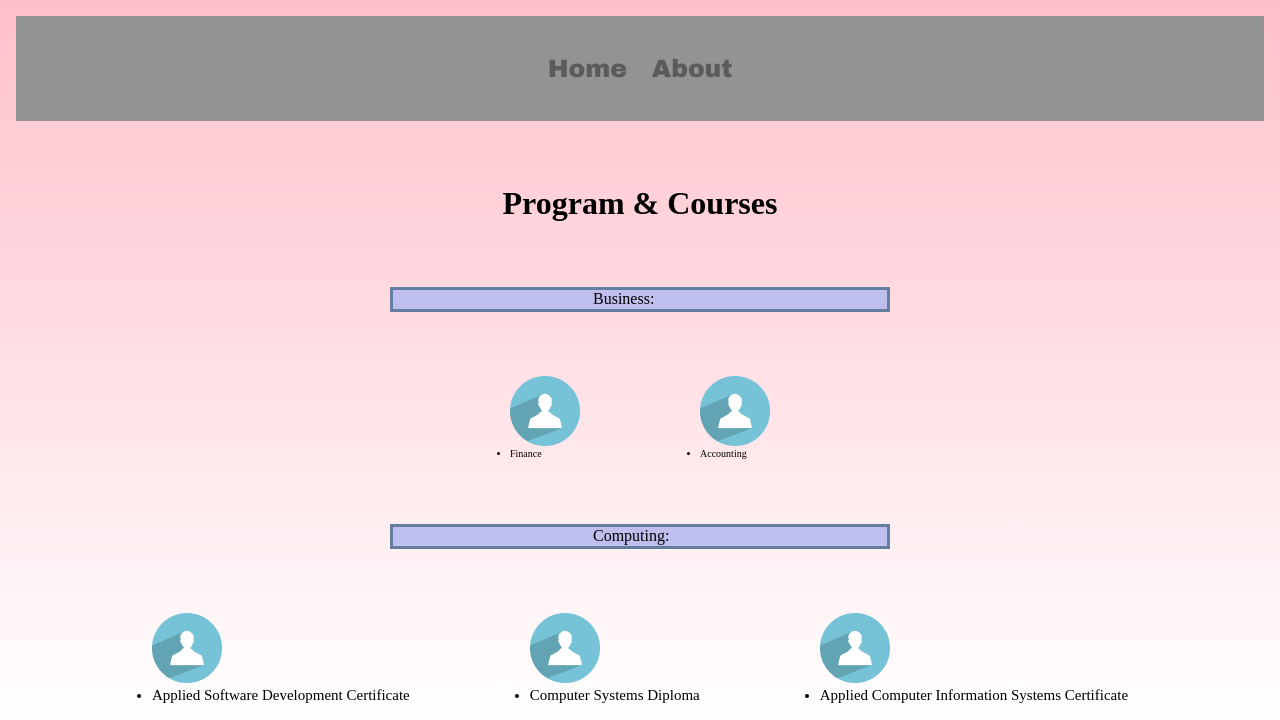
Repository: anoncoderin/madhu-assignment3
Page: /
An editor plug-in stored every save of this project. The page is shown before and after the next save, followed by the edit.
The browser window is 1280 px wide. The pictures show the whole page.
The pointer rests on the first visible `p`.
The project was rebuilt for these pictures with package versions that can differ from the ones it lists, and the page was loaded fresh each time. The framework's server and built-in components were replaced by stand-ins that run in the browser. Also part of the build but not shown: next.config.js, components/Card/Card.module.css.

Above is the page before, as saved 2023-01-22 22:52:20.

### pages/index.js
import Head from 'next/head'
import Image from 'next/image'
import { Inter } from '@next/font/google'
import styles from '@/styles/Home.module.css'
import { useState } from 'react'
import data from '../data/education.json'
import Link from 'next/link'
import Card from '../components/Card'
import style from '../components/Card/Card.module.css'

export default function Home() {
  console.log(data);
  const [information, setInformation] = useState([...data])
  return (
    <>
      <Head>

      </Head>
      <main className={styles.main}>
        <div className={styles.nav}>
        <p> Home &nbsp;&nbsp;
          <Link href="about"><b>About</b></Link>
        </p>
        </div>
        <h1>Program & Courses</h1>
      <div className={styles.heading}>Business:</div>
      <div className={styles.row}>
      {
        information && information.map((info, index)=>{
          if(info.department === "Business"){
            return(
              <Card key={index} degree={info.degree}></Card>
            )
          }
        })
      }
      </div>
      <div className={styles.heading}>Computing:</div>
      <div className={styles.row}>
      {
        information && information.map((info, index)=>{
          if(info.department === "Computing"){
            return(

              <Card key={index} degree={info.degree} font={15}></Card>
            )
          }
        })
      }
      </div>
      </main>
    </>
  )
}

### styles/globals.css
:root {
  --max-width: 1100px;
  --border-radius: 12px;
  --font-mono: ui-monospace, Menlo, Monaco, 'Cascadia Mono', 'Segoe UI Mono',
    'Roboto Mono', 'Oxygen Mono', 'Ubuntu Monospace', 'Source Code Pro',
    'Fira Mono', 'Droid Sans Mono', 'Courier New', monospace;

  --foreground-rgb: 0, 0, 0;
  --background-start-rgb: 255, 192, 203;
  --background-end-rgb: 255, 255, 255;

  --primary-glow: conic-gradient(
    from 180deg at 50% 50%,
    hsla(78, 61%, 87%, 0.2) 0deg,
    #0885ff33 55deg,
    #54d6ff33 120deg,
    #0071ff33 160deg,
    transparent 360deg
  );
  --secondary-glow: radial-gradient(
    rgba(255, 255, 255, 1),
    rgba(255, 255, 255, 0)
  );

  --tile-start-rgb: 239, 245, 249;
  --tile-end-rgb: 228, 232, 233;
  --tile-border: conic-gradient(
    #00000080,
    #00000040,
    #00000030,
    #00000020,
    #00000010,
    #00000010,
    #00000080
  );

  --callout-rgb: 238, 240, 241;
  --callout-border-rgb: 172, 175, 176;
  --card-rgb: 180, 185, 188;
  --card-border-rgb: 131, 134, 135;
}

@media (prefers-color-scheme: dark) {
  :root {
    --foreground-rgb: 255, 255, 255;
    --background-start-rgb: 0, 0, 0;
    --background-end-rgb: 0, 0, 0;

    --primary-glow: radial-gradient(rgba(1, 65, 255, 0.4), rgba(1, 65, 255, 0));
    --secondary-glow: linear-gradient(
      to bottom right,
      rgba(1, 65, 255, 0),
      rgba(1, 65, 255, 0),
      rgba(1, 65, 255, 0.3)
    );

    --tile-start-rgb: 2, 13, 46;
    --tile-end-rgb: 2, 5, 19;
    --tile-border: conic-gradient(
      #ffffff80,
      #ffffff40,
      #ffffff30,
      #ffffff20,
      #ffffff10,
      #ffffff10,
      #ffffff80
    );

    --callout-rgb: 20, 20, 20;
    --callout-border-rgb: 108, 108, 108;
    --card-rgb: 100, 100, 100;
    --card-border-rgb: 200, 200, 200;
  }
}

* {
  box-sizing: border-box;
  padding: 0;
  margin: 0;
}

html,
body {
  max-width: 100vw;
  overflow-x: hidden;
}

body {
  color: rgb(var(--foreground-rgb));
  background: linear-gradient(
      to bottom,
      transparent,
      rgb(var(--background-end-rgb))
    )
    rgb(var(--background-start-rgb));
}

a {
  color: inherit;
  text-decoration: none;
}

@media (prefers-color-scheme: dark) {
  html {
    color-scheme: dark;
  }
}

### styles/Home.module.css
.main {
  display: flex;
  flex-direction: column;
  justify-content: space-between;
  align-items: center;
  padding: 1rem;
  min-height: 100vh;
}
.row{
  display: flex;
  flex-direction: row;
  justify-content:space-evenly;
  gap: 120px;

}
.nav{
  display: flex;
  flex-direction: column;
  justify-content: space-between;
  align-items: center;
      padding: 39px;
  background-color: rgb(147, 147, 147);
  color: rgb(42, 4, 129);

  font-size: 25px;
  margin: 45;
  font-family: arial black;
  width: 100%;
}
p:hover{
  color: rgb(92, 91, 91);
}

.heading{
  padding-left: 200px;
  height: 25px;
  width: 500px;
  background-color: #bebeef;
  border-style:solid;
  border-color:#657d9f;
}

.degree{
  display: flex;
  flex-direction: column;

  gap: 5px;
}

.description {
  display: inherit;
  justify-content: inherit;
  align-items: inherit;
  font-size: 0.85rem;
  max-width: var(--max-width);
  width: 100%;
  z-index: 2;
  font-family: var(--font-mono);
}

.description a {
  display: flex;
  justify-content: center;
  align-items: center;
  gap: 0.5rem;
}

.description p {
  position: relative;
  margin: 0;
  padding: 1rem;
  background-color: rgba(var(--callout-rgb), 0.5);
  border: 1px solid rgba(var(--callout-border-rgb), 0.3);
  border-radius: var(--border-radius);
}

.code {
  font-weight: 700;
  font-family: var(--font-mono);
}

.grid {
  display: grid;
  grid-template-columns: repeat(4, minmax(25%, auto));
  width: var(--max-width);
  max-width: 100%;
}

.card {
  padding: 1rem 1.2rem;
  border-radius: var(--border-radius);
  background: rgba(var(--card-rgb), 0);
  border: 1px solid rgba(var(--card-border-rgb), 0);
  transition: background 200ms, border 200ms;
}

.card span {
  display: inline-block;
  transition: transform 200ms;
}

.card h2 {
  font-weight: 600;
  margin-bottom: 0.7rem;
}

.card p {
  margin: 0;
  opacity: 0.6;
  font-size: 0.9rem;
  line-height: 1.5;
  max-width: 30ch;
}

.center {
  display: flex;
  justify-content: center;
  align-items: center;
  position: relative;
  padding: 4rem 0;
}

.center::before {
  background: var(--secondary-glow);
  border-radius: 50%;
  width: 480px;
  height: 360px;
  margin-left: -400px;
}

.center::after {
  background: var(--primary-glow);
  width: 240px;
  height: 180px;
  z-index: -1;
}

.center::before,
.center::after {
  content: '';
  left: 50%;
  position: absolute;
  filter: blur(45px);
  transform: translateZ(0);
}

.logo,
.thirteen {
  position: relative;
}

.thirteen {
  display: flex;
  justify-content: center;
  align-items: center;
  width: 75px;
  height: 75px;
  padding: 25px 10px;
  margin-left: 16px;
  transform: translateZ(0);
  border-radius: var(--border-radius);
  overflow: hidden;
  box-shadow: 0px 2px 8px -1px #0000001a;
}

.thirteen::before,
.thirteen::after {
  content: '';
  position: absolute;
  z-index: -1;
}

/* Conic Gradient Animation */
.thirteen::before {
  animation: 6s rotate linear infinite;
  width: 200%;
  height: 200%;
  background: var(--tile-border);
}

/* Inner Square */
.thirteen::after {
  inset: 0;
  padding: 1px;
  border-radius: var(--border-radius);
  background: linear-gradient(
    to bottom right,
    rgba(var(--tile-start-rgb), 1),
    rgba(var(--tile-end-rgb), 1)
  );
  background-clip: content-box;
}

/* Enable hover only on non-touch devices */
@media (hover: hover) and (pointer: fine) {
  .card:hover {
    background: rgba(var(--card-rgb), 0.1);
    border: 1px solid rgba(var(--card-border-rgb), 0.15);
  }

  .card:hover span {
    transform: translateX(4px);
  }
}

@media (prefers-reduced-motion) {
  .thirteen::before {
    animation: none;
  }

  .card:hover span {
    transform: none;
  }
}

/* Mobile */
@media (max-width: 700px) {
  .content {
    padding: 4rem;
  }

  .grid {
    grid-template-columns: 1fr;
    margin-bottom: 120px;
    max-width: 320px;
    text-align: center;
  }

  .card {
    padding: 1rem 2.5rem;
  }

  .card h2 {
    margin-bottom: 0.5rem;
  }

  .center {
    padding: 8rem 0 6rem;
  }

  .center::before {
    transform: none;
    height: 300px;
  }

  .description {
    font-size: 0.8rem;
  }

  .description a {
    padding: 1rem;
  }

  .description p,
  .description div {
    display: flex;
    justify-content: center;
    position: fixed;
    width: 100%;
  }

  .description p {
    align-items: center;
    inset: 0 0 auto;
    padding: 2rem 1rem 1.4rem;
    border-radius: 0;
    border: none;
    border-bottom: 1px solid rgba(var(--callout-border-rgb), 0.25);
    background: linear-gradient(
      to bottom,
      rgba(var(--background-start-rgb), 1),
      rgba(var(--callout-rgb), 0.5)
    );
    background-clip: padding-box;
    backdrop-filter: blur(24px);
  }

  .description div {
    align-items: flex-end;
    pointer-events: none;
    inset: auto 0 0;
    padding: 2rem;
    height: 200px;
    background: linear-gradient(
      to bottom,
      transparent 0%,
      rgb(var(--background-end-rgb)) 40%
    );
    z-index: 1;
  }
}

/* Tablet and Smaller Desktop */
@media (min-width: 701px) and (max-width: 1120px) {
  .grid {
    grid-template-columns: repeat(2, 50%);
  }
}

@media (prefers-color-scheme: dark) {
  .vercelLogo {
    filter: invert(1);
  }

  .logo,
  .thirteen img {
    filter: invert(1) drop-shadow(0 0 0.3rem #ffffff70);
  }
}

@keyframes rotate {
  from {
    transform: rotate(360deg);
  }
  to {
    transform: rotate(0deg);
  }
}

### data/education.json
[
        {
            "studentNumber": "A0004567",
            "firstName": "Person 1",
            "gpa": 3.8,
            "department": "Business",
            "degree": "Finance",
            "graduted": 2014
        },
        {
            "studentNumber": "A0001234",
            "firstName": "Person 2",
            "gpa": 3.5,
            "department": "Business",
            "degree": "Accounting",
            "graduted": 2010
        },
        {
            "studentNumber": "A0007890",
            "firstName": "Person 3",
            "gpa": 3.2,
            "department": "Computing",
            "degree": "Applied Software Development Certificate",
            "graduted": 2018
        },
        {
            "studentNumber": "A0007828",
            "firstName": "Person 4",
            "gpa": 3.9,
            "department": "Computing",
            "degree": "Computer Systems Diploma",
            "graduted": 2021
        },
        {
            "studentNumber": "A0003425",
            "firstName": "Person 5",
            "gpa": 3.2,
            "department": "Computing",
            "degree": "Applied Computer Information Systems Certificate",
            "graduted": 2021
        }

]

### components/Card/index.js
export default function Card(
    {
        degree="none",
        color="purple",
        font=10,
        image='icon/personTwo.png'
    }
){
    return(
        <div  style={{backgroundcolor:color, fontSize:font }}>
           <img src={'icon/person.png'} width="70px"></img>
           <ul> <li>{degree}
            </li>

            </ul>
        </div>
    )
}

Loaded but not shown: pages/_app.js (common file); pages/_document.js (common file)

After the next save:
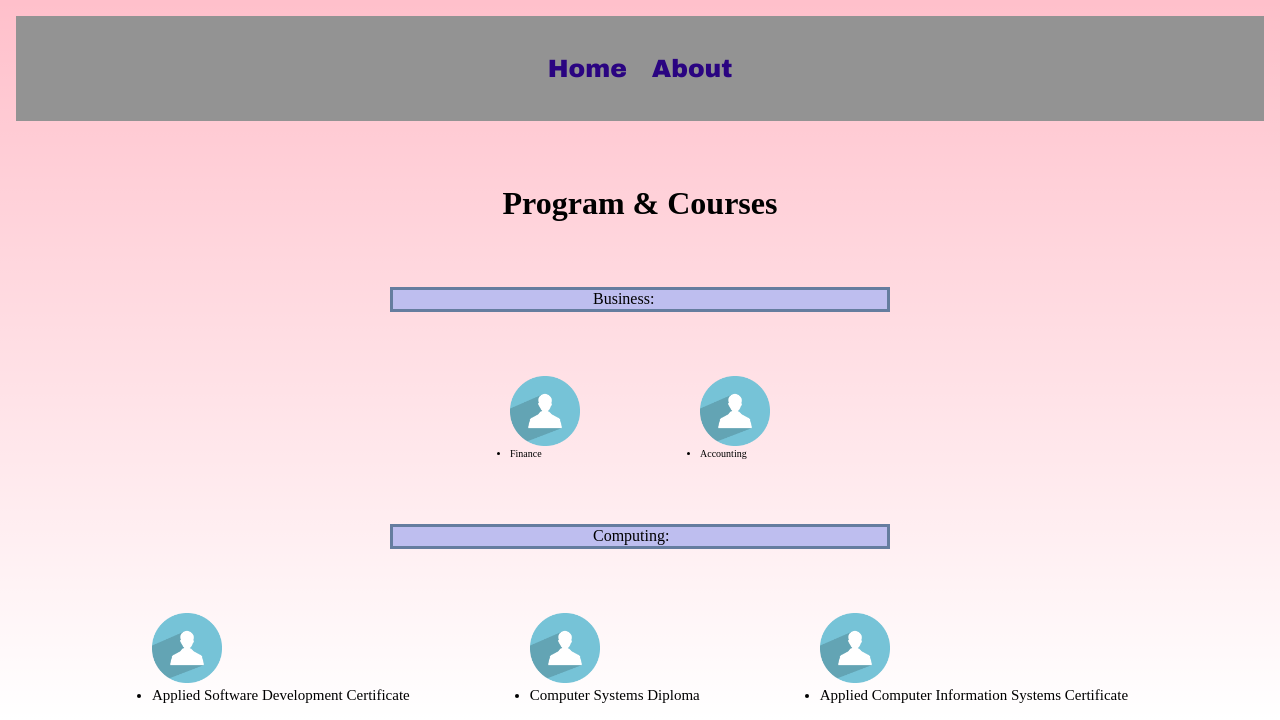
Saved 9 min 4 s later.
--- a/styles/Home.module.css
+++ b/styles/Home.module.css
@@ -27,9 +27,7 @@
   font-family: arial black;
   width: 100%;
 }
-p:hover{
-  color: rgb(92, 91, 91);
-}
+
 
 .heading{
   padding-left: 200px;

After the 2 saves that followed:
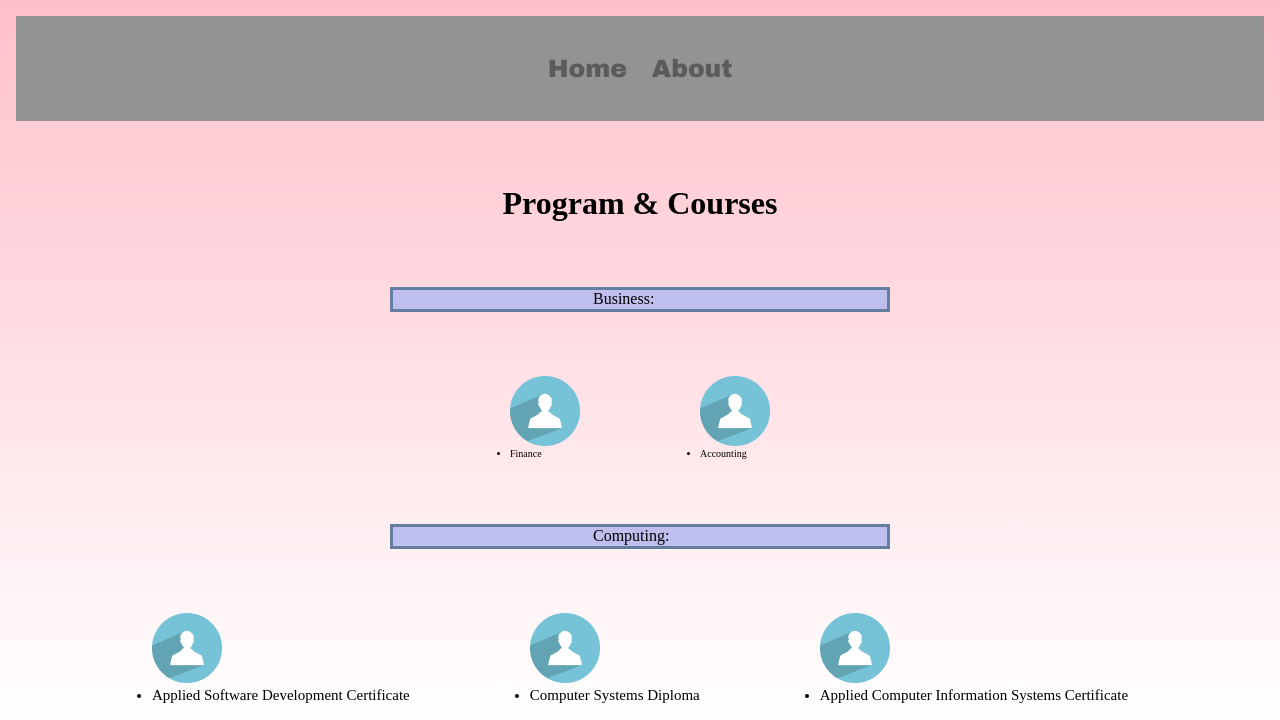
The 2 saves are shown as one change because 1 left the picture as it was.
The last was saved 11 s later.
--- a/styles/globals.css
+++ b/styles/globals.css
@@ -99,6 +99,9 @@ a {
   color: inherit;
   text-decoration: none;
 }
+p:hover{
+  color: rgb(92, 91, 91);
+}
 
 @media (prefers-color-scheme: dark) {
   html {
